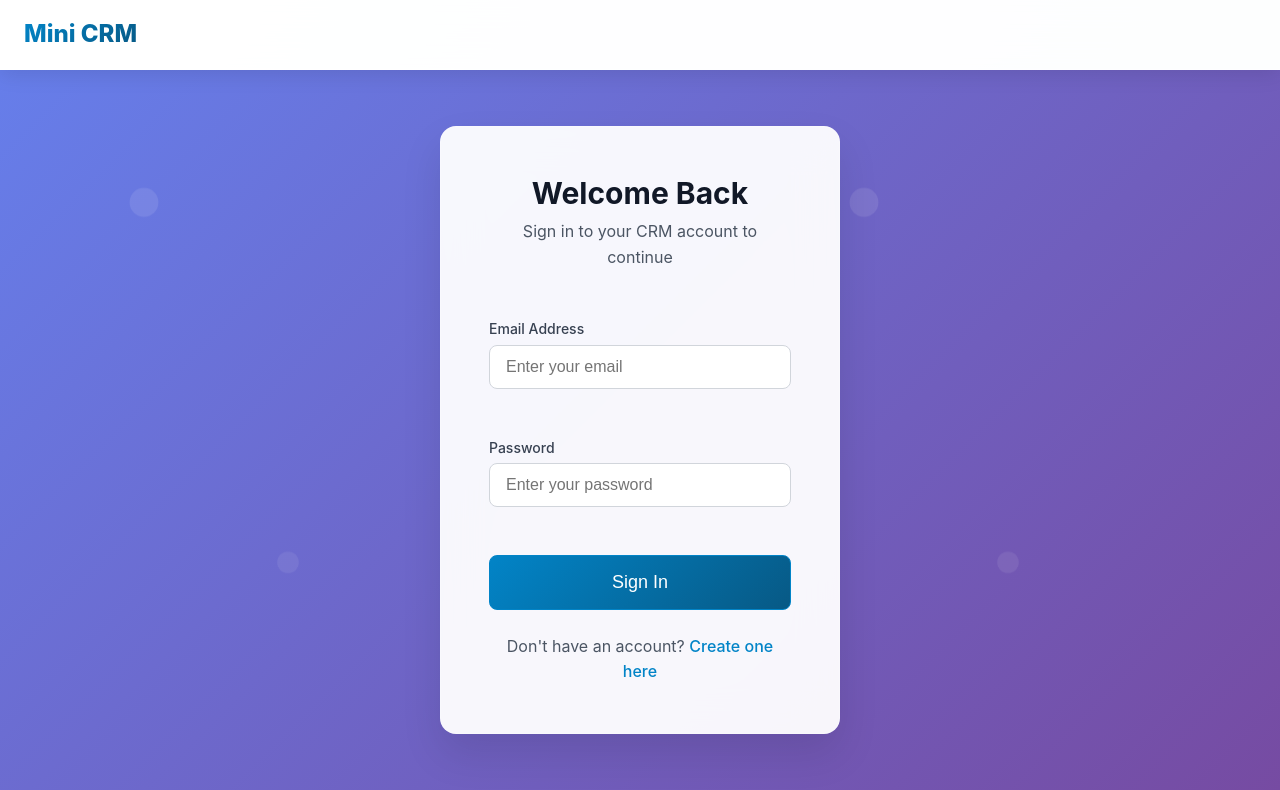
Repository: KarthikMallareddy/Mini-CRM
Page: /reports (app in frontend/)
An editor plug-in stored every save of this project. The page is shown before and after the next save, followed by the edit.
The browser window is 1280 px wide. The pictures show the whole page.
The project was rebuilt for these pictures with package versions that can differ from the ones it lists, and the page was loaded fresh each time. Also part of the build but not shown: frontend/src/components/CustomerList.js, frontend/src/components/LeadList.js, frontend/src/components/CustomerDetail.js, frontend/src/components/LeadForm.js, frontend/src/pages/Register.js, frontend/src/pages/Dashboard.js, frontend/src/pages/Reports.js.

Above is the page before, as saved 2025-09-14 14:13:41.

After the next save:
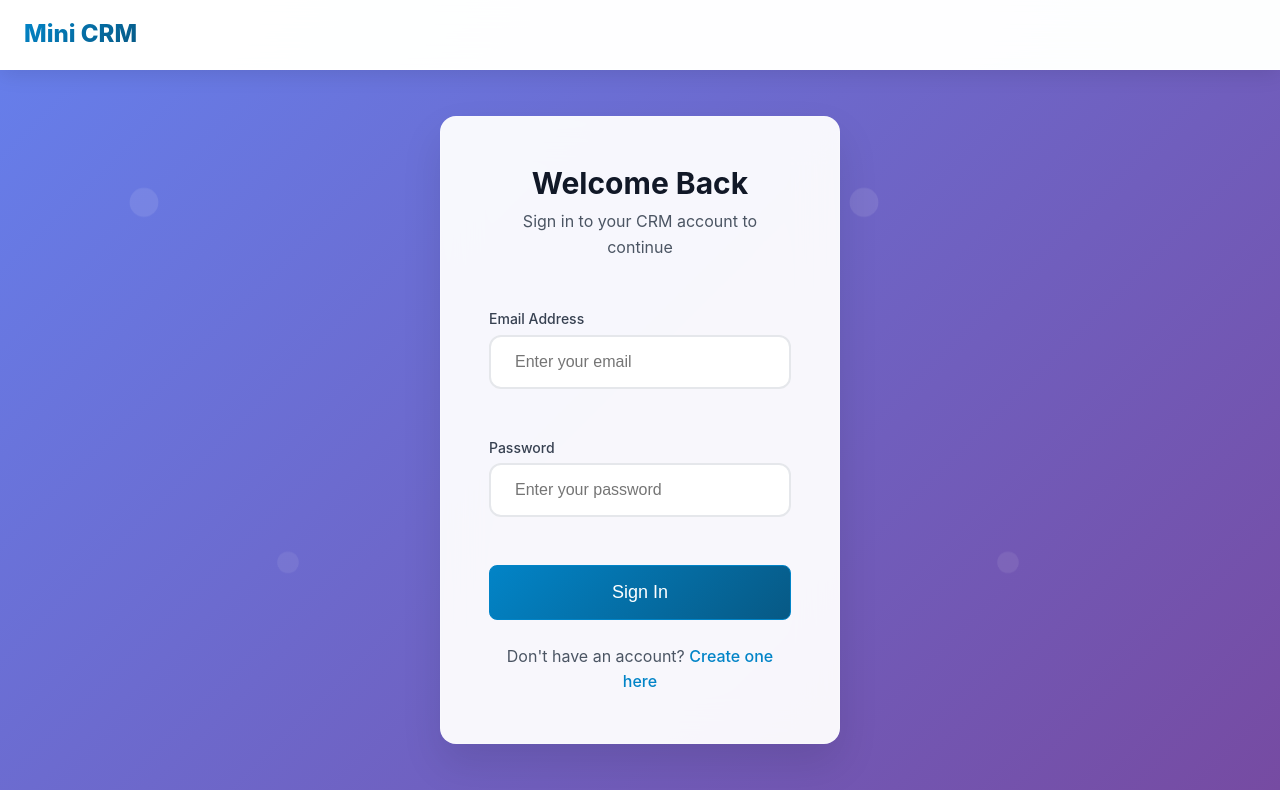
Saved 11 s later.
--- a/frontend/src/styles/global.css
+++ b/frontend/src/styles/global.css
@@ -212,10 +212,13 @@ p {
 
 .form-input, .form-select, .form-textarea {
   width: 100%;
-  padding: var(--spacing-sm) var(--spacing-md);
-  border: 1px solid var(--gray-300);
-  border-radius: var(--border-radius-md);
+  padding: var(--spacing-md) var(--spacing-lg);
+  border: 2px solid var(--gray-200);
+  border-radius: var(--border-radius-lg);
   font-size: var(--font-size-md);
+  background: rgba(255, 255, 255, 0.8);
+  backdrop-filter: blur(10px);
+  transition: all 0.3s ease;
   transition: all 0.2s ease;
   background: white;
   min-height: 44px;
